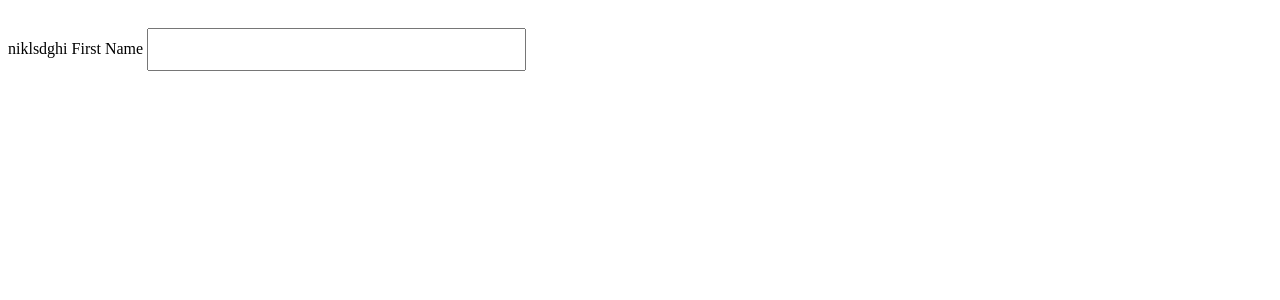
Repository: mubashirkhan1/Corejsvs__Programs
Page: http://localhost/TestWeb/WebContent/hiddenform.jsp
The author's editor kept a copy of each file at every save. The page is drawn from the files as they stood at one save, then again after the next save.
The browser window is 1280 px wide. The pictures show the whole page.
The page is served by Tomcat 9. Other server files are loaded and not shown.

Above is the page before, as saved 2021-03-09 23:00:08.

### basicprogram/TestWeb/WebContent/hiddenform.jsp
<%@ page language="java" contentType="text/html; charset=ISO-8859-1"
    pageEncoding="ISO-8859-1"%>
<!DOCTYPE html>
<html>
<head>
<meta charset="ISO-8859-1">
<title>Insert title here</title>
</head>
<style>
input[type=text] {
  width: 30%;
  padding: 12px 15px;
  margin: 20px 0;
   box-sizing: border-box;

}
</style>
<body>
<form>niklsdghi
  <label for="fname">First Name</label>
  <input type="text" id="fname" name="fname">
</form>
</body>
</html>

After the next save:
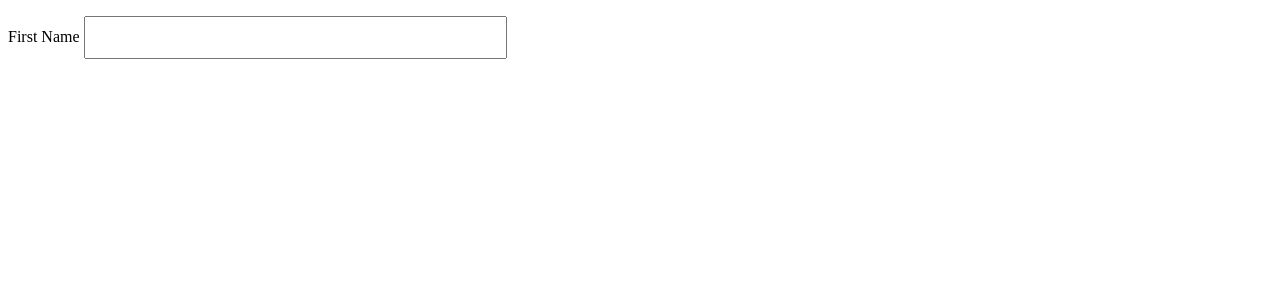
Saved 17 s later.
--- a/basicprogram/TestWeb/WebContent/hiddenform.jsp
+++ b/basicprogram/TestWeb/WebContent/hiddenform.jsp
@@ -9,14 +9,13 @@
 <style>
 input[type=text] {
   width: 30%;
-  padding: 12px 15px;
-  margin: 20px 0;
-   box-sizing: border-box;
+  padding: 12px 20px;
+  margin: 8px 0;
 
 }
 </style>
 <body>
-<form>niklsdghi
+<form>
   <label for="fname">First Name</label>
   <input type="text" id="fname" name="fname">
 </form>
